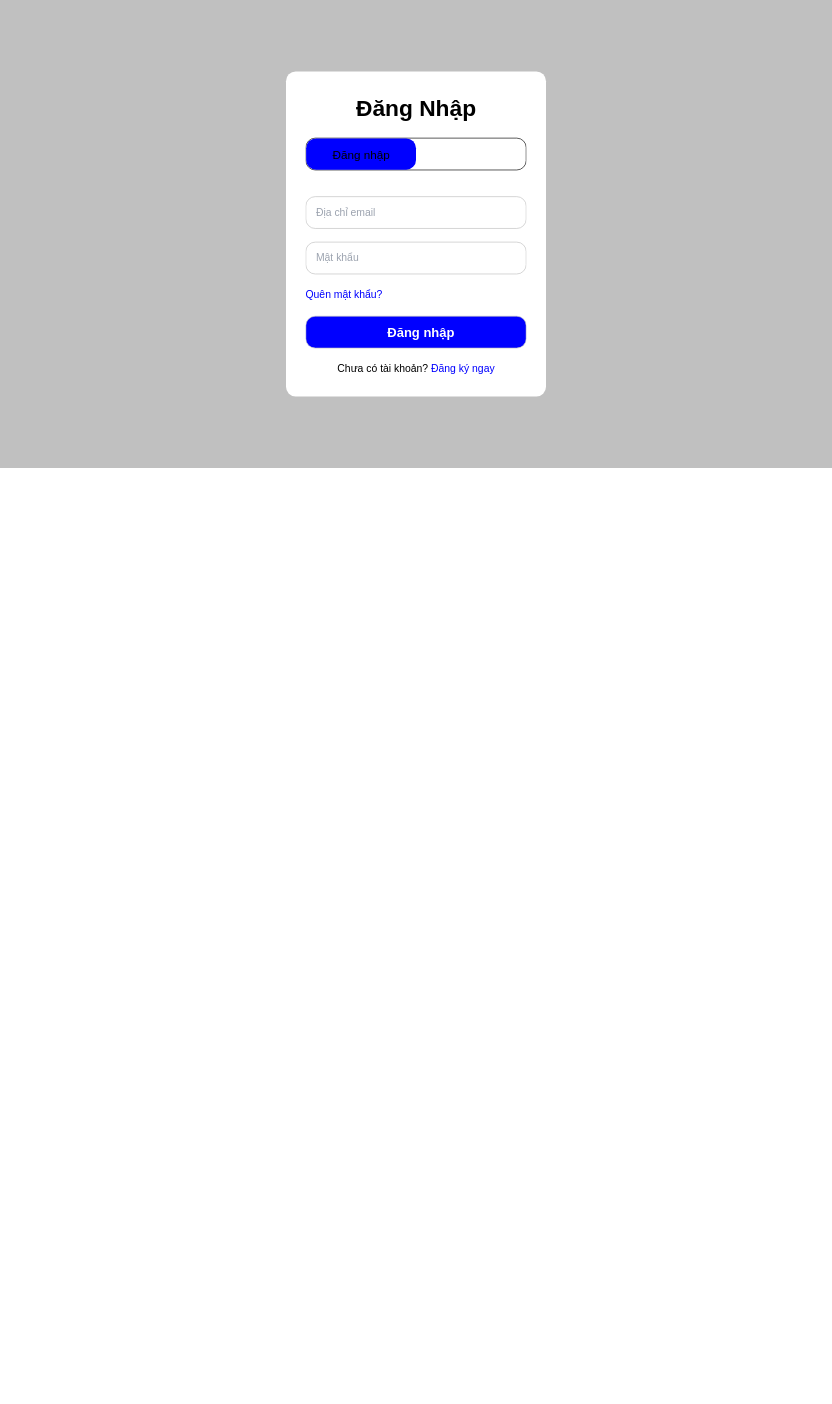
Repository: NguyenMinhThien-sudo/DemoFormPractice
Page: /
An editor plug-in stored every save of this project. The page is shown before and after the next save, followed by the edit.
The browser window is 1280 px wide. The pictures show the whole page, at 65% of full size.
The project was rebuilt for these pictures with package versions that can differ from the ones it lists, and the page was loaded fresh each time. Also part of the build but not shown: vite.config.js.

Above is the page before, as saved 2023-05-18 15:19:02.

After the next save:
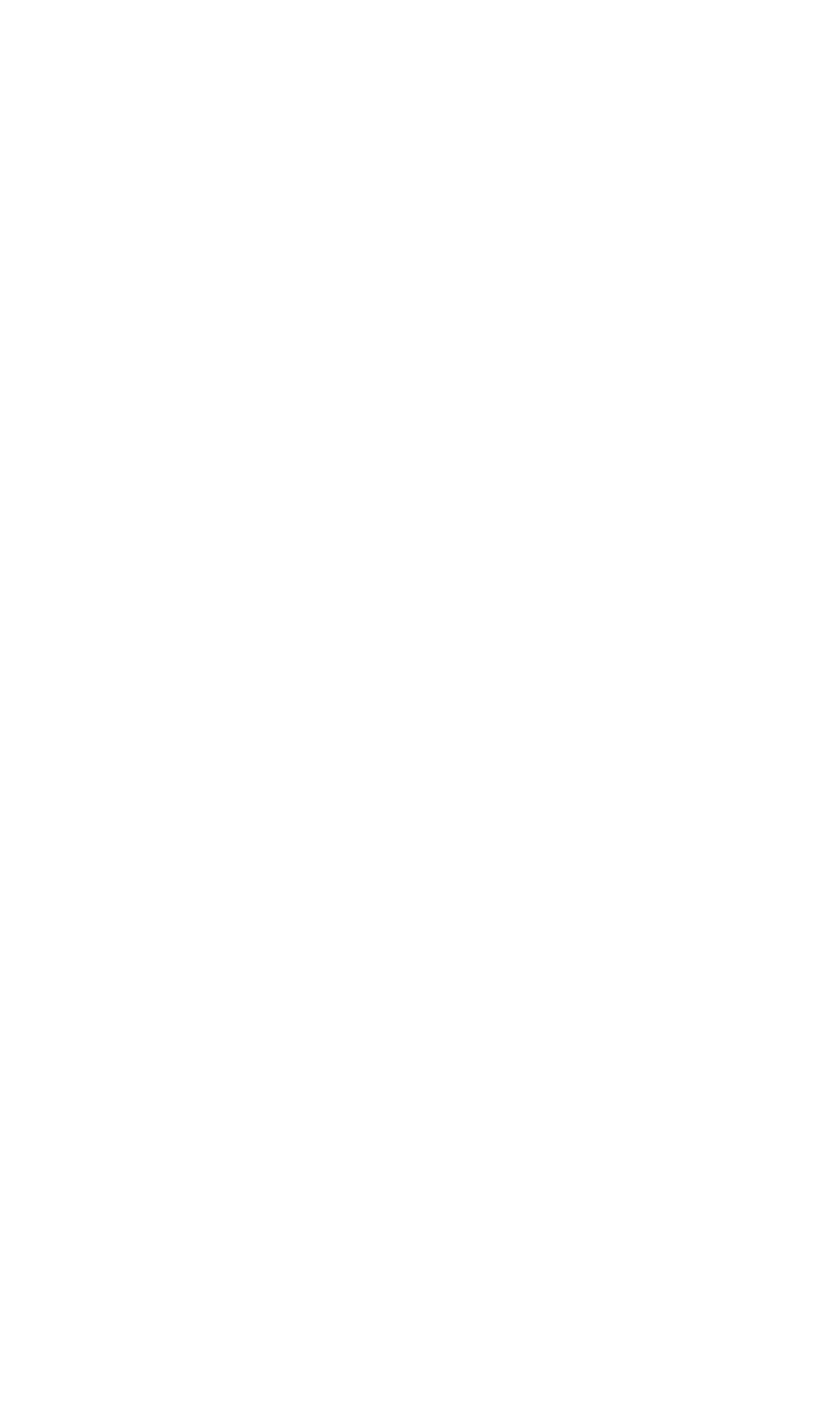
Console error: ReferenceError: selectForm2 is not defined
Saved 2 min 14 s later.
--- a/src/components/form_practice/form.jsx
+++ b/src/components/form_practice/form.jsx
@@ -120,11 +120,9 @@
 `;
 
 const Form = () => {
-  const [selectForm, setSelectForm] = useState(false);
-  const [selectForm2, setSelectForm2] = useState(true);
+  const [selectForm, setSelectForm] = useState("");
   const handleClickForm = () => {
-    setSelectForm(!selectForm);
-    setSelectForm2(!selectForm2);
+    setSelectForm("is-slide");
   };
   return (
     <div>

After the 2 saves that followed:
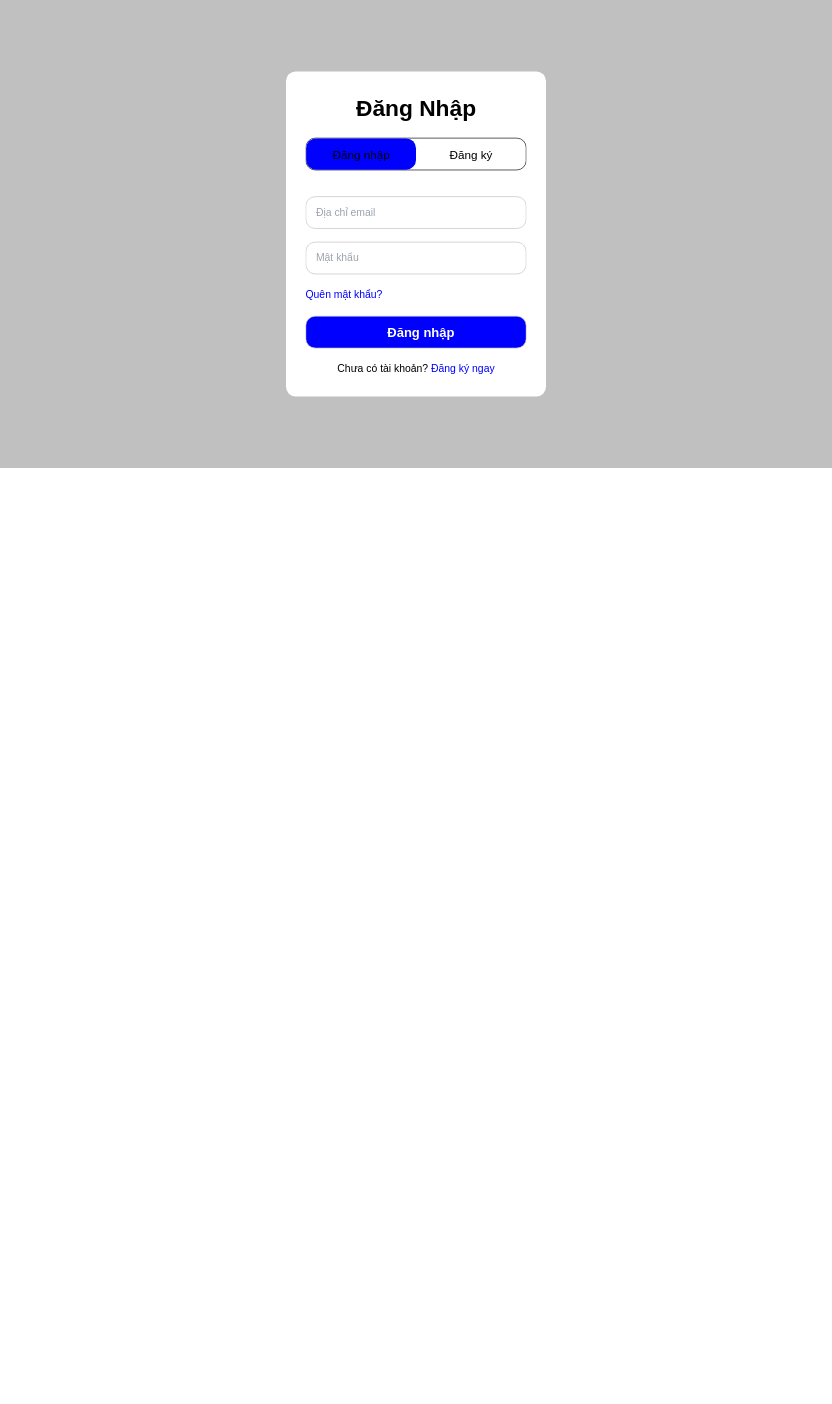
The error is gone.
The 2 saves are shown as one change because 1 left the picture as it was.
The last was saved 42 s later.
--- a/src/components/form_practice/form.jsx
+++ b/src/components/form_practice/form.jsx
@@ -131,9 +131,7 @@
           <div className="form-wrapper">
             <div className="title-text">
               <div
-                className={`title login-text ${
-                  selectForm && !selectForm2 ? "is-active" : ""
-                }`}
+                className={`title login-text ${selectForm ? "is-active" : ""}`}
               >
                 Đăng Nhập
               </div>
@@ -152,7 +150,7 @@
                 </label>
                 <label
                   htmlFor="signup"
-                  className={`slide signup ${selectForm2 ? "text-white" : ""}`}
+                  className={`slide signup ${selectForm ? "text-white" : ""}`}
                   onClick={handleClickForm}
                 >
                   Đăng ký
